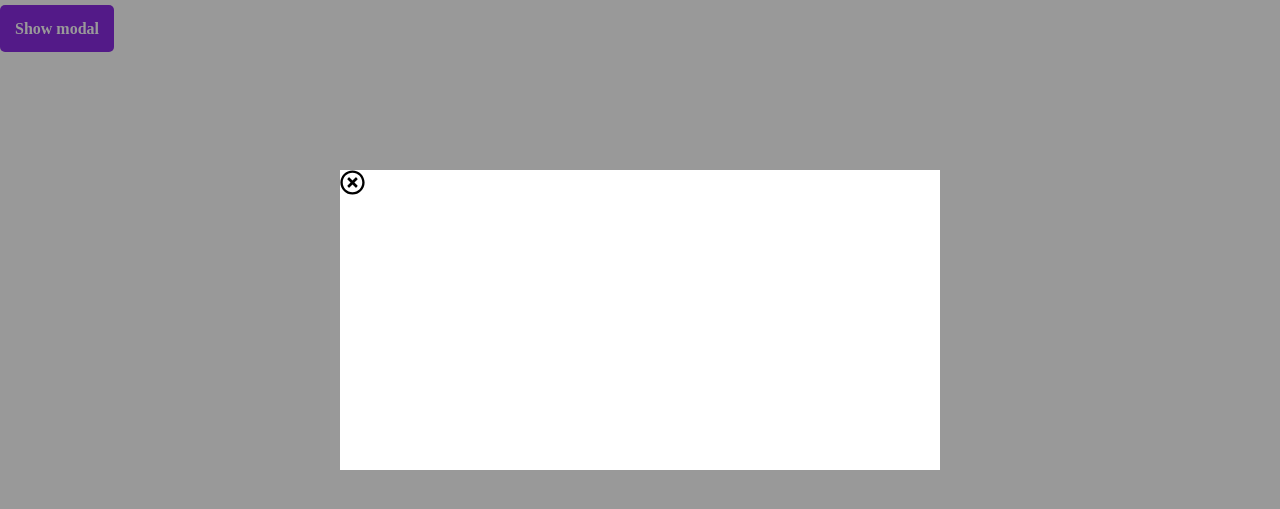
Repository: AnhTuan191298/sent-file-hoang
Page: js_modal/index.html
These files come from the project's save history. The page is drawn as it stood at one moment and after the next save; the edit follows.
The browser window is 1280 px wide. The pictures show the whole page.

Above is the page before, as saved 2021-02-01 14:05:09.

### js_modal/index.html
<!DOCTYPE html>
<html lang="en">
<head>
    <meta charset="UTF-8">
    <meta name="viewport" content="width=device-width, initial-scale=1.0">
    <title>Modal</title>
    <style>
        * {
            margin: 0;
            padding: 0;
        }
        .modal {
            display: flex;
            margin-top: 20px;
            width: 300px;
            height: 300px;
        }
        .modal__action {
            text-decoration: none;
            padding: 15px;
            background-color: blueviolet;
            color: white;
            font-weight: bold;
            border-radius: 5px;
        }
        .layout {
            position: fixed;
            top: 0;
            bottom: 0;
            right: 0;
            left: 0;
            background-color: rgba(0, 0, 0, 0.4);
        }
        .modal_show {
            display: flex;
            align-items: center;
            justify-content: center;
            z-index: 999;
        }
        .modal_show-contain {
            position: fixed;
            background-color: white;
            width: 600px;
            min-height: 300px;
        }
        .modal_show__close {

        }
        .modal_show__close-img {
            width: 25px;
            height: 25px;
        }
    </style>
</head>
<body>
    <div class="modal">
        <div class="modal_buttun">
            <a class="modal__action" href="#">Show modal</a>
        </div>
    </div>
    <div class="layout"></div>
    <div class="modal_show">
        <div class="modal_show-contain">
            <div class="modal_show__close">
                <img class="modal_show__close-img" src="./assets/imgs/times-circle-regular.svg" alt="close">
            </div>
        </div>
    </div>

    <script src="./assets/js/main.js"></script>
</body>
</html>

Loaded but not shown: js_modal/assets/js/main.js (no stored copy; drawn as an empty file)

After the next save:
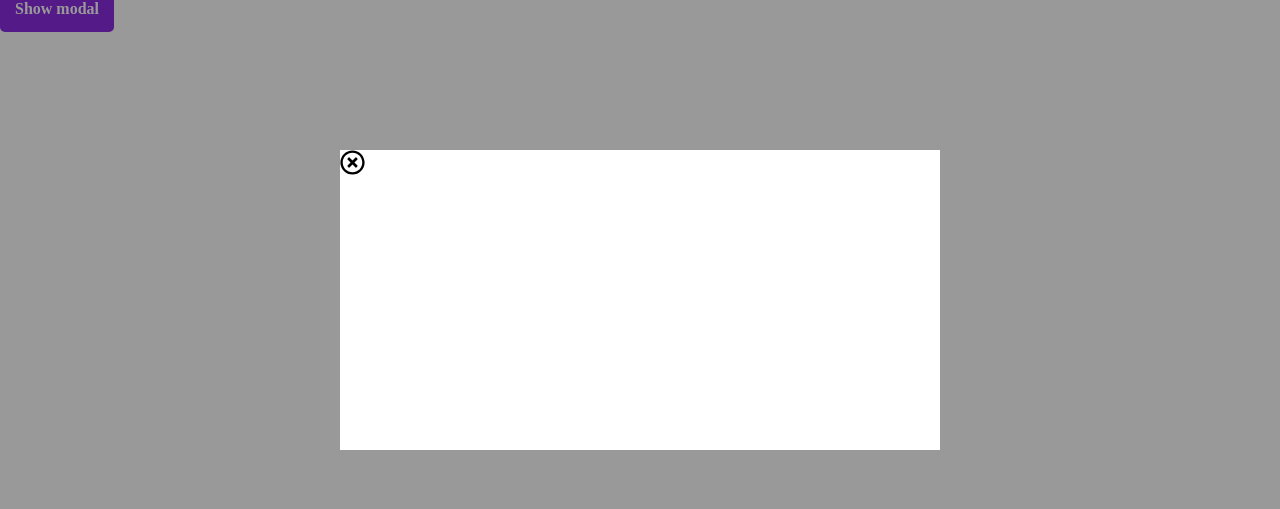
Saved 16 s later.
--- a/js_modal/index.html
+++ b/js_modal/index.html
@@ -11,7 +11,6 @@
         }
         .modal {
             display: flex;
-            margin-top: 20px;
             width: 300px;
             height: 300px;
         }
